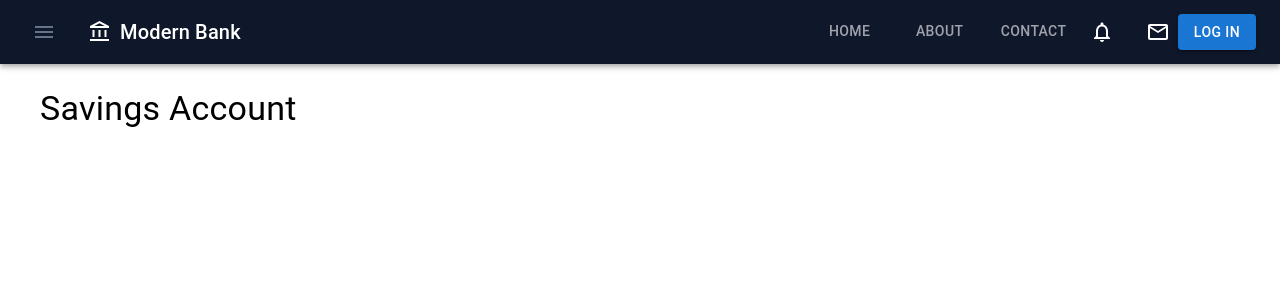
Repository: MohammadMazloum123/Moder-Bank-Full-Stack-Project
Page: /savings-account (app in Desktop/front-modernbank/front-modernbank/)
These files come from the project's save history. The page is drawn as it stood at one moment and after a run of saves; the edit follows.
The browser window is 1280 px wide. The pictures show the whole page.
The project was rebuilt for these pictures with package versions that can differ from the ones it lists, and the page was loaded fresh each time. Also part of the build but not shown: Desktop/front-modernbank/front-modernbank/src/components/HomePage.jsx, Desktop/front-modernbank/front-modernbank/src/transactions/NewTransaction.tsx, Desktop/front-modernbank/front-modernbank/src/transactions/TransactionsHistory.tsx.

Above is the page before, as saved 2024-11-18 16:55:49.

### Desktop/front-modernbank/front-modernbank/public/index.html
<!DOCTYPE html>
<html lang="en">
  <head>

    <meta charset="utf-8" />
    <link rel="icon" href="%PUBLIC_URL%/favicon.ico" />
    <meta name="viewport" content="width=device-width, initial-scale=1" />
    <meta name="theme-color" content="#000000" />
    <meta
      name="description"
      content="Web site created using create-react-app"
    />
    <link rel="apple-touch-icon" href="%PUBLIC_URL%/logo192.png" />

    <link rel="manifest" href="%PUBLIC_URL%/manifest.json" />

    <title>Modern Bank App</title>
    <style>
      body{
        margin: 0;
        padding: 0;
        box-sizing: border-box;
      }
    </style>
  </head>
  <body>
    <noscript>You need to enable JavaScript to run this app.</noscript>
    <div id="root"></div>
  </body>
</html>

### Desktop/front-modernbank/front-modernbank/src/App.js
import React from "react";
import { Box} from "@mui/material";
import NavBar from "./components/NavBar";
import {BrowserRouter as Router} from "react-router-dom";
import AppRoutes from "./route/AppRoutes.tsx";


function App() {
  return (
    <Router>
      <Box>
        <NavBar/>
      </Box>
      <AppRoutes/>
    </Router>
  );
}

export default App;

### Desktop/front-modernbank/front-modernbank/src/components/NavBar.jsx
import { AppBar, Toolbar, Typography, Tabs, Tab, Button, Box } from '@mui/material'
import React, { useState } from 'react'
import DrawerComp from '../DrawerComp';
import NotificationsNoneOutlinedIcon from '@mui/icons-material/NotificationsNoneOutlined';
import EmailOutlinedIcon from '@mui/icons-material/EmailOutlined';
import { AccountBalanceOutlined } from '@mui/icons-material';
import { Link } from 'react-router-dom';

const NavBar = () => {
    const [value, setvalue] = useState();
return (
    <AppBar position='sticky' sx={{bgcolor:"#0f172a"}}>
        <Toolbar>

                <DrawerComp/>
                <Box display="flex" alignItems="center" flex={3} ml={3}>
                    <AccountBalanceOutlined fontSize='medium' sx={{ color: "white", mr: 1 }} />
                        <Typography variant='h6' color='inherit'>
                            Modern Bank
                        </Typography>
                </Box>
            <Box display="flex" flex={0.7} justifyContent="center">
                <Tabs
                textColor='inherit'
                indicatorColor='secondary'
                value={value}
                onChange={(e, value) => setvalue(value)}
                >
                        <Tab LinkComponent={Link} to="/" label="Home"/>
                        <Tab label="About"/>
                        <Tab label="Contact"/>
                </Tabs>
            </Box>
            <Box display="flex" flex={0.4} alignItems="center" justifyContent="center">
                <NotificationsNoneOutlinedIcon sx={{mr:4}}/>
                <EmailOutlinedIcon/>
            </Box>
            <Box display="flex" justifyContent="flex-end">
                <Button sx={{marginLeft:'auto'}} variant='contained'>Log In</Button>
            </Box>
        </Toolbar>
    </AppBar>
)
}

export default NavBar

### Desktop/front-modernbank/front-modernbank/src/route/AppRoutes.tsx
import React from 'react'
import {Routes, Route} from "react-router-dom";
import HomePage from '../components/HomePage';
import NewTransaction from '../transactions/NewTransaction.tsx';
import TransactionsHistory from '../transactions/TransactionsHistory.tsx';
import SavingsAccount from '../savings/SavingsAccount.tsx';

const AppRoutes = () => {
    return (
        <Routes>
            <Route path='/' element={<HomePage/>}/>
            <Route path='/new-transactions' element={<NewTransaction/>}/>
            <Route path='/transactions-history' element={<TransactionsHistory/>}/>
            <Route path='/savings-account' element={<SavingsAccount/>}/>
        </Routes>
    )
}

export default AppRoutes

### Desktop/front-modernbank/front-modernbank/src/DrawerComp.jsx
import React, {useState} from 'react'
import MenuIcon from '@mui/icons-material/Menu';
import {
    Drawer,
    IconButton,
    List,
    ListItemButton,
    ListItemIcon,
    ListItemText,
    Typography,
    Collapse,
    Divider,
    Box,
    Switch
    } from '@mui/material';

import {
    ExpandLess,
    ExpandMore,
    AddOutlined,
    SavingsOutlined,
    HistoryOutlined,
    CreditCardOutlined,
    TrendingUpOutlined,
    AccountBalanceOutlined,
    PercentOutlined,
    AttachMoneyOutlined,
    ShowChartOutlined,
    LogoutOutlined,
} from "@mui/icons-material";
import { Link } from 'react-router-dom';


const DrawerComp = () => {
    const [OpenDrawer, setOpenDrawer] = useState(false);
      // Dropdown states
        const [transactionsOpen, setTransactionsOpen] = useState(false);
        const [savingsOpen, setSavingsOpen] = useState(false);
        const [expenseTracker, setExpenseTracker] = useState(false);

return (
    <>
        <Drawer
        open={OpenDrawer}
        onClose={() => setOpenDrawer(false)}
        sx={{padding: "16px"}}
        >
        <Typography
            variant="h6"
            sx={{
            padding: 2,
            textAlign: "center",
            bgcolor: "#0f172a",
            color: "white",
        }}
        >
            Modern Bank
        </Typography>
        <Divider/>

            <List sx={{p: 2 ,width:"340px"}}>
                {/* Account Transactions Dropdown */}
                <ListItemButton onClick={() => setTransactionsOpen(!transactionsOpen)}>
                    <ListItemIcon>
                        <CreditCardOutlined/>
                    </ListItemIcon>
                    <ListItemText primary="Transactions"/>
                    {transactionsOpen ? <ExpandLess/> : <ExpandMore/>}
                </ListItemButton>
                <Collapse in={transactionsOpen} timeout="auto" unmountOnExit>
                    <List component="div" disablePadding sx={{pl : 2}}>
                        <ListItemButton component={Link} to="/new-transactions">
                            <ListItemIcon>
                                <AddOutlined fontSize='small'/>
                            </ListItemIcon>
                        <ListItemText primary="New Transactions"/>
                        </ListItemButton>
                        <ListItemButton component={Link} to="/transactions-history">
                            <ListItemIcon>
                                <HistoryOutlined fontSize='small'/>
                            </ListItemIcon>
                        <ListItemText primary="Transactions History"/>
                        </ListItemButton>
                    </List>
                </Collapse>
                <Divider/>
                {/* Savings Dropdown */}
                <ListItemButton onClick={() => setSavingsOpen(!savingsOpen)}>
                    <ListItemIcon>
                        <SavingsOutlined fontSize='small'/>
                    </ListItemIcon>
                    <ListItemText primary="Savings"/>
                    {savingsOpen ? <ExpandLess/> : <ExpandMore/>}
                </ListItemButton>
                <Collapse in={savingsOpen} timeout="auto" unmountOnExit>
                    <List component="div" disablePadding sx={{pl : 2}}>
                        <ListItemButton>
                            <ListItemIcon>
                                <AccountBalanceOutlined fontSize='small'/>
                            </ListItemIcon>
                            <ListItemText primary="Savings Account"/>
                        </ListItemButton>
                        <ListItemButton>
                            <ListItemIcon>
                                <TrendingUpOutlined fontSize='small'/>
                            </ListItemIcon>
                            <ListItemText primary="Savings Goals"/>
                        </ListItemButton>
                        <ListItemButton>
                            <ListItemIcon>
                                <PercentOutlined fontSize='small'/>
                            </ListItemIcon>
                            <ListItemText primary="Interest Rate"/>
                        </ListItemButton>
                    </List>
                </Collapse>
                <Divider/>
            <ListItemButton onClick={() => setExpenseTracker(!expenseTracker)}>
                <ListItemIcon>
                    <AttachMoneyOutlined fontSize='small'/>
                </ListItemIcon>
                    <ListItemText primary="Expense Tracker" />
                    {transactionsOpen ? <ExpandLess/> : <ExpandMore/>}
            </ListItemButton>
            <Collapse in={expenseTracker} timeout="auto" unmountOnExit>
                <List component="div" disablePadding sx={{pl : 2}}>
                    <ListItemButton>
                        <ListItemIcon>
                            <ShowChartOutlined fontSize='small'/>
                        </ListItemIcon>
                        <ListItemText primary="Track Expenses"/>
                    </ListItemButton>
                </List>
            </Collapse>
              {/* Dark Mode Switch */}
        <Box display="flex" alignItems="center" mt={2}>
            <Typography variant="body1" sx={{ flexGrow: 1 }}>
                Dark Mode
            </Typography>
            <Switch
                inputProps={{ 'aria-label': 'Dark Mode Switch' }}
            />

            <ListItemButton>
                        <ListItemText primary="Log Out"/>
                        <ListItemIcon>
                            <LogoutOutlined/>
                        </ListItemIcon>
                    </ListItemButton>
        </Box>
            </List>
        </Drawer>
        {/* Drawer Toggle Button */}
        <IconButton onClick={() => setOpenDrawer(!OpenDrawer)}>
            <MenuIcon sx={{color:"#64748b"}}/>
        </IconButton>
    </>
)
}

export default DrawerComp

### Desktop/front-modernbank/front-modernbank/src/savings/SavingsAccount.tsx
import React, { useState } from 'react';
import {
    Typography,
    Box,
    Paper,
    Grid,
    Button,
    Table,
    TableBody,
    TableCell,
    TableContainer,
    TableHead,
    TableRow,
    LinearProgress,
    Chip,
    Dialog,
    DialogTitle,
    DialogContent,
    DialogActions,
    TextField,
} from '@mui/material';

// Mock data for demonstration
const mockSavingsAccounts = [
    { id: 1, name: 'Emergency Fund', balance: 5000, goal: 10000, interestRate: 1.5, lastTransaction: '2023-05-15' },
    { id: 2, name: 'Vacation Savings', balance: 2500, goal: 5000, interestRate: 2.0, lastTransaction: '2023-05-10' },
    { id: 3, name: 'New Car Fund', balance: 7500, goal: 15000, interestRate: 1.8, lastTransaction: '2023-05-20' },
];

const SavingsAccount = () => {
    const [openDialog, setOpenDialog] = useState(false);
    const [accounts, setAccounts] = useState(mockSavingsAccounts);
    const [newAccount, setNewAccount] = useState({name:'', goal:''})

    const handleOpenDialog = () => setOpenDialog(true);
    const handleCloseDialog = () => setOpenDialog(false);

    const handleAccount = () => {
        if(newAccount.name && newAccount.goal){
            const newAccountData = {
                id: accounts.length + 1,
                name: newAccount.name,
                balance: 0 ,
                goal: parseFloat(newAccount.name),
                interestRate : 1.5,
                lastTransaction: new Date().toISOString().split('T')[0],
            };
            setAccounts([...accounts, newAccountData]);
            setNewAccount({name:'', goal:''});
            handleCloseDialog();
        }
    };
return (
    <Box sx={{maxWidth:1200, mx:'auto', p:3}}>
        <Typography component="h1" variant='h4' gutterBottom sx={{}}>
            Savings Account
        </Typography>
    </Box>
)
}

export default SavingsAccount

Loaded but not shown: Desktop/front-modernbank/front-modernbank/src/index.js (common file); Desktop/front-modernbank/front-modernbank/src/reportWebVitals.js (common file)

After the next 5 saves:
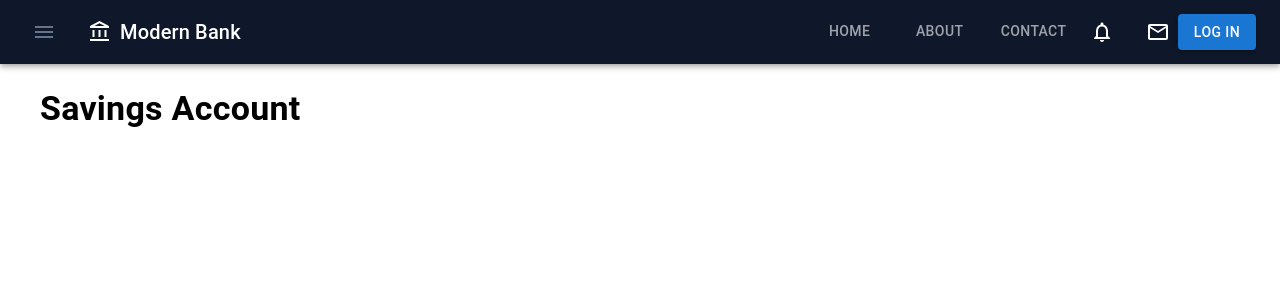
The 5 saves are shown as one change because 2 did not build or start and some came seconds apart.
The last was saved 17 s later.
--- a/Desktop/front-modernbank/front-modernbank/src/savings/SavingsAccount.tsx
+++ b/Desktop/front-modernbank/front-modernbank/src/savings/SavingsAccount.tsx
@@ -52,7 +52,7 @@ const SavingsAccount = () => {
     };
 return (
     <Box sx={{maxWidth:1200, mx:'auto', p:3}}>
-        <Typography component="h1" variant='h4' gutterBottom sx={{}}>
+        <Typography component="h1" variant='h4' gutterBottom sx={{fontWeight:'bold', mb:3}}>
             Savings Account
         </Typography>
     </Box>
